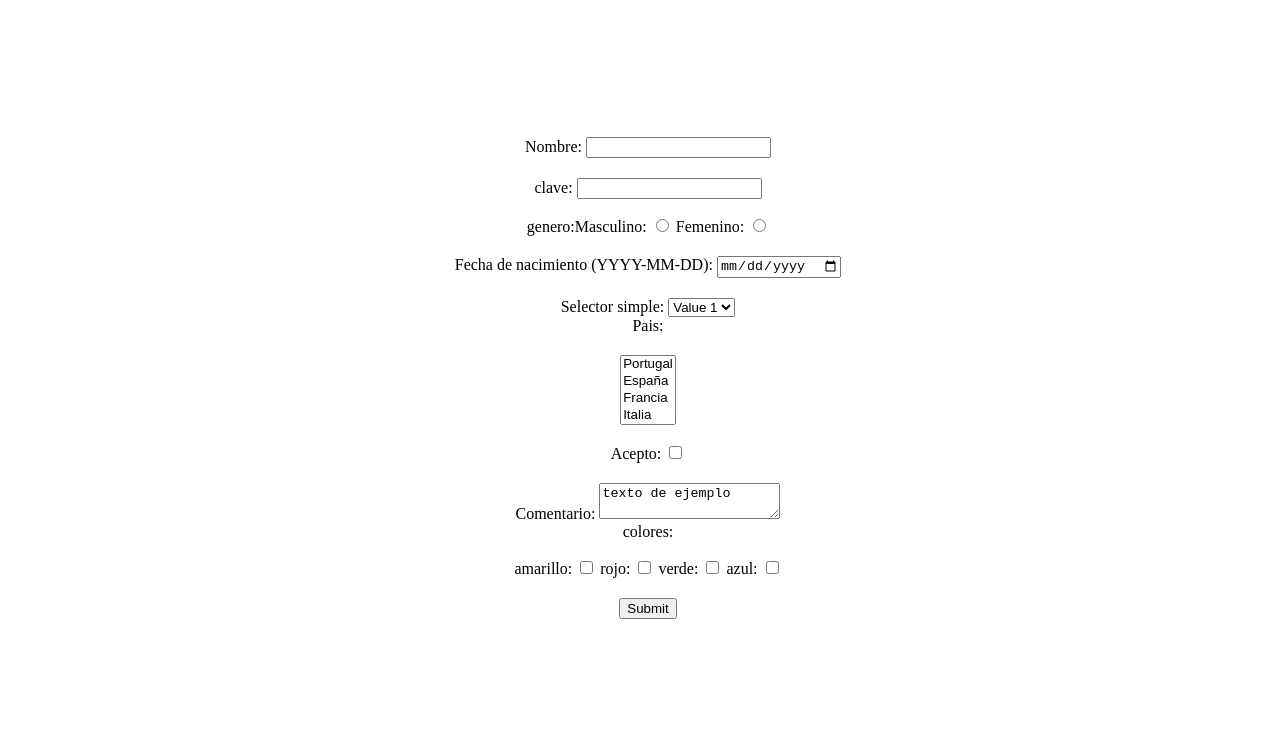
Repository: alvaroteja/ServidorJava
Page: http://localhost/11-EchoParametrosConArchivoJSP/formulario.jsp
An editor plug-in stored every save of this project. The page is shown before and after the next save, followed by the edit.
The browser window is 1280 px wide. The page is 1288 px wide, so the pictures cover 1288 px, including what lies to the right of the window. The pictures show the whole page.
The page is served by Tomcat 10. Other server files are loaded and not shown.

Above is the page before, as saved 2023-01-23 09:09:59.

### 11-EchoParametrosConArchivoJSP/src/main/webapp/formulario.jsp
<%@ page language="java" contentType="text/html; charset=ISO-8859-1"
	pageEncoding="ISO-8859-1"%>
<!DOCTYPE html>
<html>
<head>
<meta charset="ISO-8859-1">
<title>Insert title here</title>
<style>
body {
	width: 100vw;
	height: 100vh;
	display: flex;
	align-items: center;
	justify-content: center;
}
form{
	text-align: center;
}
form > *{
	margin-top: 20px;
}
</style>
</head>
<body>
	<form action="formularioServlet" method="post">
		<label>Nombre:</label> <input type="text" name="nombre"> <br />
		<label>clave:</label> <input type="password" name="calve"> <br />
		<label>genero:</label><label>Masculino:</label> <input type="radio"
			name="genero" value="masculino"> <label>Femenino:</label> <input
			type="radio" name="genero" value="femenino"> <br /> <label>Fecha
			de nacimiento (YYYY-MM-DD):</label> <input type="date" name="FechaNacimiento">
		<br /> <label>Selector simple:</label> <select name="selectorSimple">
			<option value="value1">Value 1</option>
			<option value="value2">Value 2</option>
			<option value="value3">Value 3</option>
		</select> <br /> <label>Pais:</label><br /> <select name="pais" id="pais"
			multiple>
			<option value="Portugal">Portugal</option>
			<option value="Espana">España</option>
			<option value="Francia">Francia</option>
			<option value="Italia">Italia</option>
		</select> <br /> <label>Acepto:</label> <input type="checkbox" name="acepto">
		<br /> <label>Comentario:</label>
		<textarea name="comentario">texto de ejemplo</textarea>
		<input type="hidden" name="custId" value="aa"> <input
			type="hidden" name="custId" value="aaaa"> <br /> <label>colores:</label>
		<br /> <label>amarillo:</label> <input type="checkbox" name="colores"
			value="amarillo"> <label>rojo:</label> <input type="checkbox"
			name="colores" value="rojo"> <label>verde:</label> <input
			type="checkbox" name="colores" value="verde"> <label>azul:</label>
		<input type="checkbox" name="colores" value="azul"> <br /> <input
			type="submit">
	</form>
</body>
</html>

After the next save:
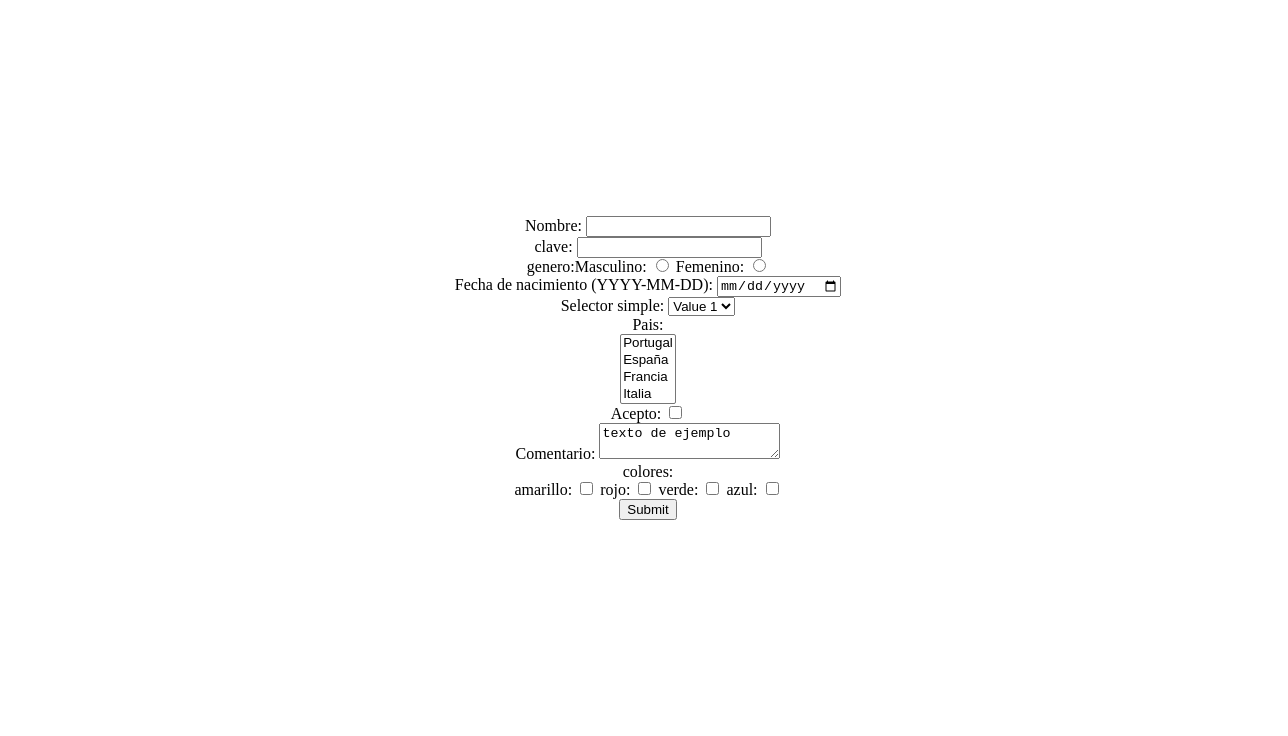
Saved 7 s later.
--- a/11-EchoParametrosConArchivoJSP/src/main/webapp/formulario.jsp
+++ b/11-EchoParametrosConArchivoJSP/src/main/webapp/formulario.jsp
@@ -17,7 +17,7 @@
 	text-align: center;
 }
 form > *{
-	margin-top: 20px;
+	margin-top: 0px;
 }
 </style>
 </head>

After the 3 saves that followed:
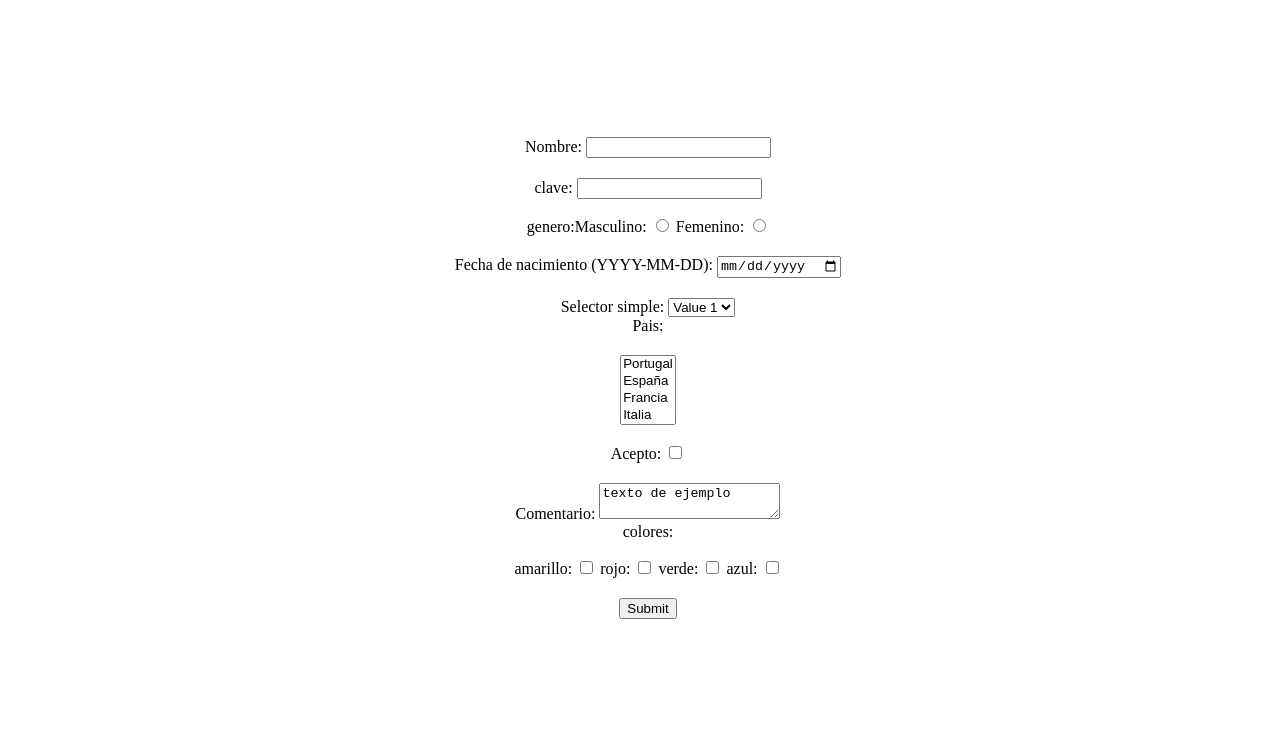
The 3 saves are shown as one change because 1 left the picture as it was and some came seconds apart.
The last was saved 27 s later.
--- a/11-EchoParametrosConArchivoJSP/src/main/webapp/formulario.jsp
+++ b/11-EchoParametrosConArchivoJSP/src/main/webapp/formulario.jsp
@@ -17,7 +17,7 @@
 	text-align: center;
 }
 form > *{
-	margin-top: 0px;
+	margin-top: 20px;
 }
 </style>
 </head>
